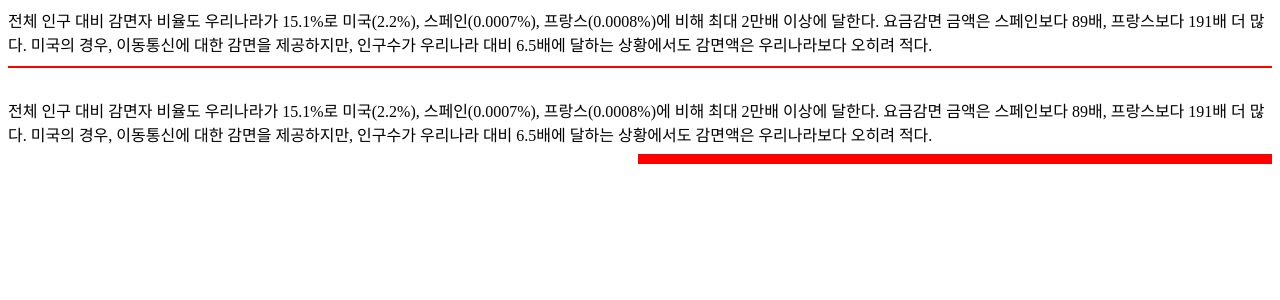
Repository: sungken/htmlProject
Page: ClientTest/src/main/webapp/html/ex09_hr.html
The author's editor kept a copy of each file at every save. The page is drawn from the files as they stood at one save, then again after the next save.
The browser window is 1280 px wide. The pictures show the whole page.

Above is the page before, as saved 2024-03-13 00:49:02.

### ClientTest/src/main/webapp/html/ex09_hr.html
<!DOCTYPE html>
<html>
<head>
<meta charset="UTF-8">
<title>Insert title here</title>
</head>
<body>
<!-- ex09_hr.html -->
<!--

	<hr> 태그, Horizontal Rule
	- 수평바
	- 문단과 문단을 구분하는 역할


	hr 속성
	1. size: 선의 두께
	2. width:  선의 너비
	3. align: 선의 수평정렬 (justfiy 사용하지 않는다.)
	4. color:

	HTML 속성값의 종류(형태)
	1. 숫자형
		- 단위없음: 픽셀(pixel, 화소) > 화상(이미지)를 구성하는 최소 단위 (단일색상을 가지는 점 1개) > 절대값
		- 단위있음: % > 백분율 > 부모 태그의 영역을 기준(*********)
	2. 열거형
		- 정해진 속성값 중 하나를 사용
	3. 색상형
		- 색상명 or RGB

 -->
<body>전체 인구 대비 감면자 비율도 우리나라가 15.1%로 미국(2.2%), 스페인(0.0007%), 프랑스(0.0008%)에 비해 최대 2만배 이상에 달한다. 요금감면 금액은 스페인보다 89배, 프랑스보다 191배 더 많다. 미국의 경우, 이동통신에 대한 감면을 제공하지만, 인구수가 우리나라 대비 6.5배에 달하는 상황에서도 감면액은 우리나라보다 오히려 적다.</body>
<hr style="border: 0.5px solid red;  margin: 10px 0px 30px 0">
<body>전체 인구 대비 감면자 비율도 우리나라가 15.1%로 미국(2.2%), 스페인(0.0007%), 프랑스(0.0008%)에 비해 최대 2만배 이상에 달한다. 요금감면 금액은 스페인보다 89배, 프랑스보다 191배 더 많다. 미국의 경우, 이동통신에 대한 감면을 제공하지만, 인구수가 우리나라 대비 6.5배에 달하는 상황에서도 감면액은 우리나라보다 오히려 적다.</body>
<hr color="red" size="10" width="50%" align="right">



</body>
</html>

After the next save:
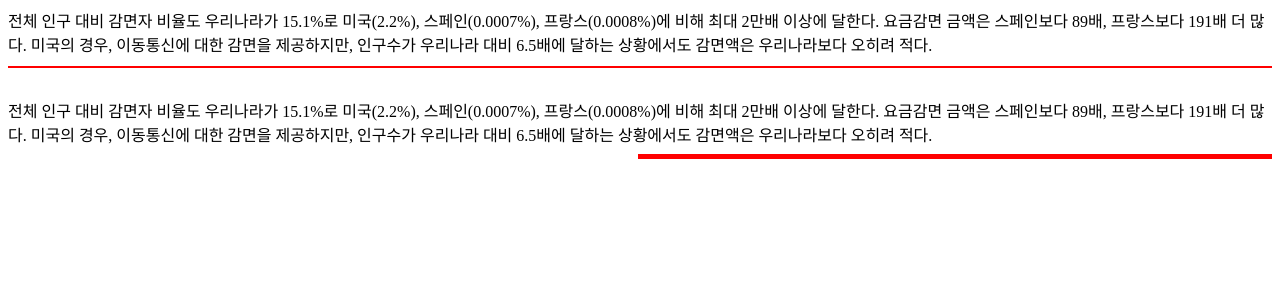
Saved 22 s later.
--- a/ClientTest/src/main/webapp/html/ex09_hr.html
+++ b/ClientTest/src/main/webapp/html/ex09_hr.html
@@ -32,7 +32,7 @@
 <body>전체 인구 대비 감면자 비율도 우리나라가 15.1%로 미국(2.2%), 스페인(0.0007%), 프랑스(0.0008%)에 비해 최대 2만배 이상에 달한다. 요금감면 금액은 스페인보다 89배, 프랑스보다 191배 더 많다. 미국의 경우, 이동통신에 대한 감면을 제공하지만, 인구수가 우리나라 대비 6.5배에 달하는 상황에서도 감면액은 우리나라보다 오히려 적다.</body>
 <hr style="border: 0.5px solid red;  margin: 10px 0px 30px 0">
 <body>전체 인구 대비 감면자 비율도 우리나라가 15.1%로 미국(2.2%), 스페인(0.0007%), 프랑스(0.0008%)에 비해 최대 2만배 이상에 달한다. 요금감면 금액은 스페인보다 89배, 프랑스보다 191배 더 많다. 미국의 경우, 이동통신에 대한 감면을 제공하지만, 인구수가 우리나라 대비 6.5배에 달하는 상황에서도 감면액은 우리나라보다 오히려 적다.</body>
-<hr color="red" size="10" width="50%" align="right">
+<hr color="red" size="5" width="50%" align="right">
 
 
 
